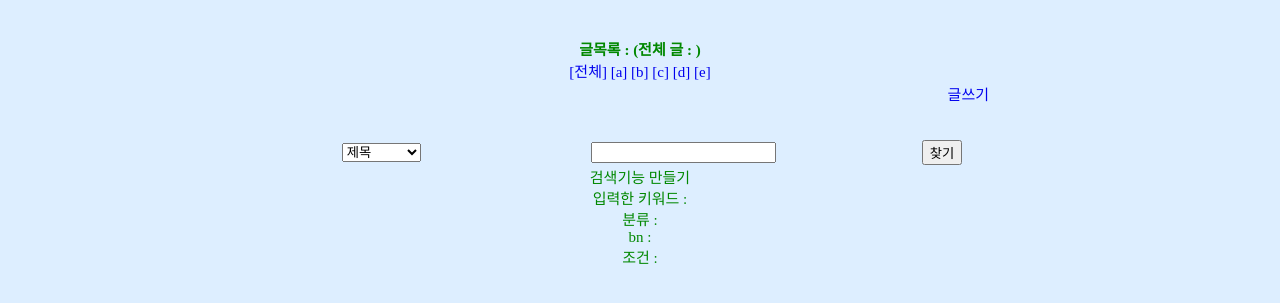
Repository: LouisKisaragi/BB-Bank
Page: http://localhost/A_Board1/aboard/m001_list.jsp
The author's editor kept a copy of each file at every save. The page is drawn from the files as they stood at one save, then again after the next save.
The browser window is 1280 px wide. The pictures show the whole page.
The page is served by Tomcat 9. The template is opened directly, without the code that normally fills it, so the values that code supplies are empty.

Above is the page before, as saved 2017-11-28 02:18:52.

After the next save:
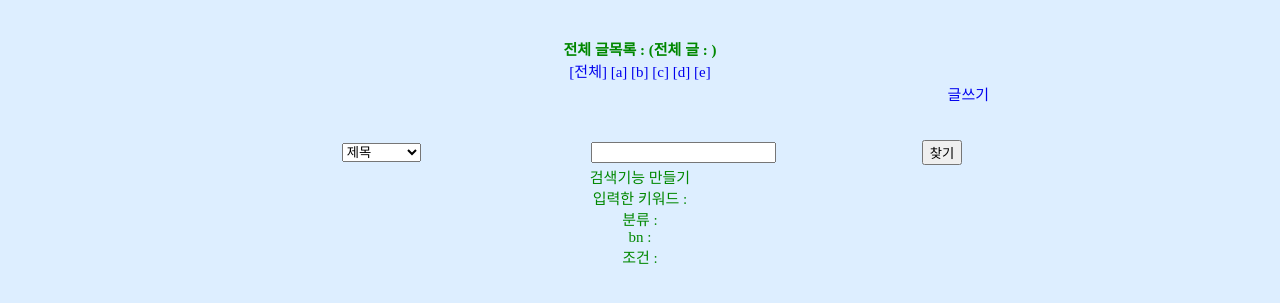
Saved 12 s later.
--- a/테스트용 여기서 복사해 가세요/이승훈/workspace/A_Board1/WebContent/aboard/m001_list.jsp
+++ b/테스트용 여기서 복사해 가세요/이승훈/workspace/A_Board1/WebContent/aboard/m001_list.jsp
@@ -19,6 +19,9 @@
 	<c:when test="${prefaces eq 'a'}">
 		${prefaces}
 	</c:when>
+	<c:otherwise>
+		전체
+	</c:otherwise>
 </c:choose>
 글목록 : (전체 글 : ${count})</b>
 <table>
